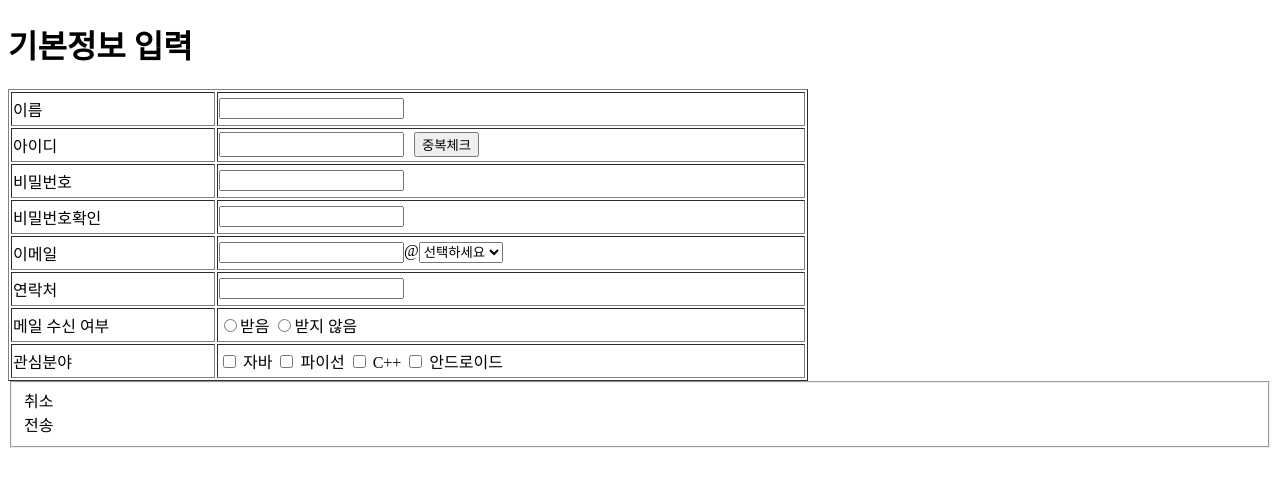
Repository: WonSeungUn/VSCODE
Page: web_work/Html/WebContent/input.html
An editor plug-in stored every save of this project. The page is shown before and after the next save, followed by the edit.
The browser window is 1280 px wide. The pictures show the whole page.

Above is the page before, as saved 2024-07-08 06:40:05.

After the next save:
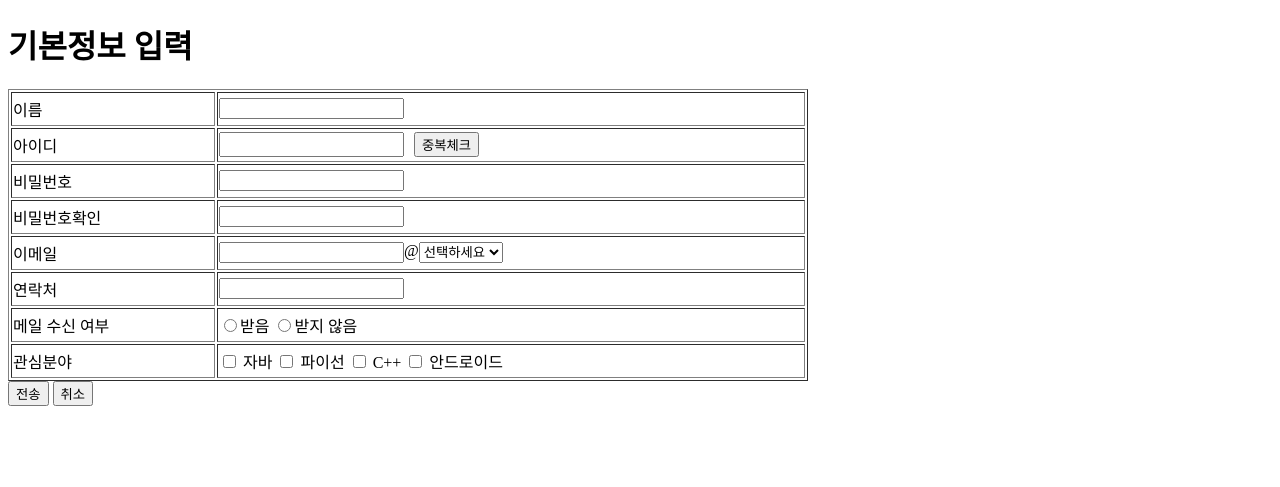
Saved 26 s later.
--- a/web_work/Html/WebContent/input.html
+++ b/web_work/Html/WebContent/input.html
@@ -95,9 +95,8 @@
 			</tr>
 		</tbody>
 	</table>
-	<fieldset>
-		<form action="submit">취소</form>
-		<form action="submit">전송</form>
-	</fieldset>
+	<button>전송</button>
+	<button>취소</button>
+
 </body>
 </html>
